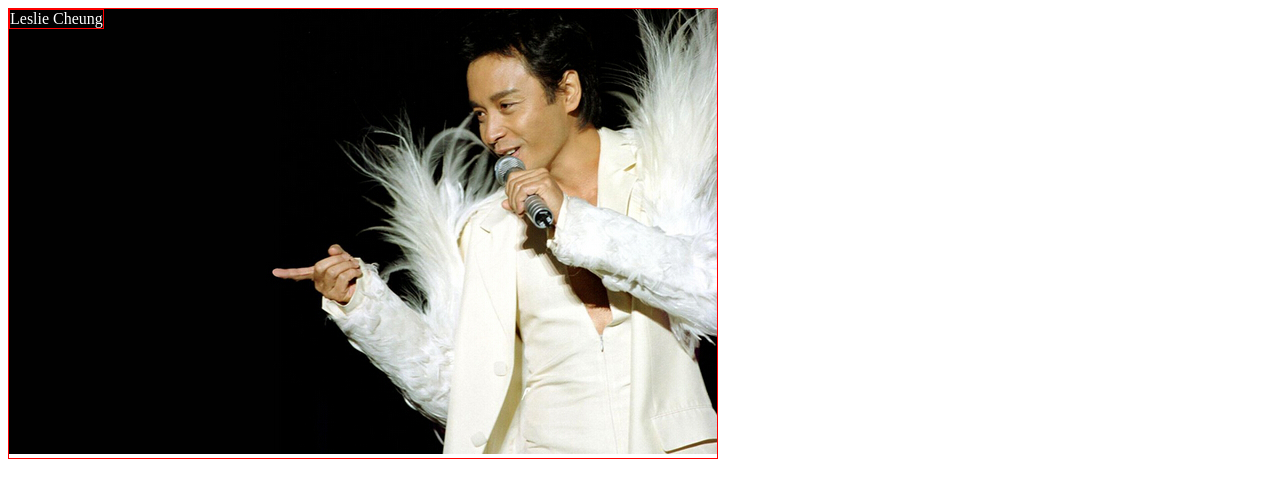
Repository: MasterKweng/workspace
Page: WebBasic/WebContent/Day02/新闻图片.html
These files come from the project's save history. The page is drawn as it stood at one moment and after the next save; the edit follows.
The browser window is 1280 px wide. The pictures show the whole page.

Above is the page before, as saved 2018-01-05 08:08:53.

After the next save:
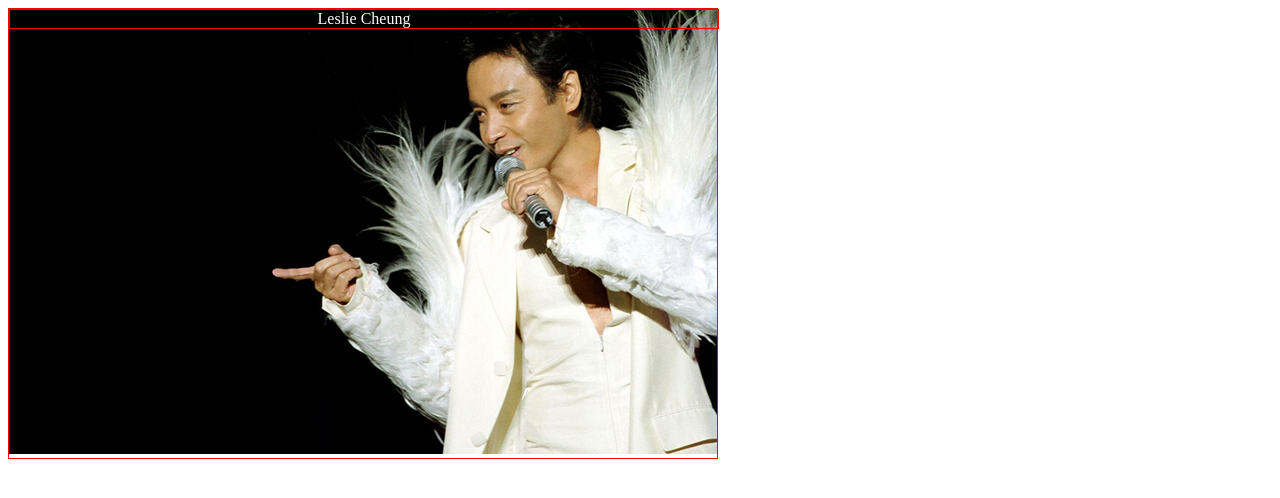
Saved 61 s later.
--- a/WebBasic/WebContent/Day02/新闻图片.html
+++ b/WebBasic/WebContent/Day02/新闻图片.html
@@ -16,6 +16,7 @@
 				left:0px;
 				color:white;
 				margin:0;
+				width:100%;
 				text-align:center;
 			}
 		</style>

After the save that followed:
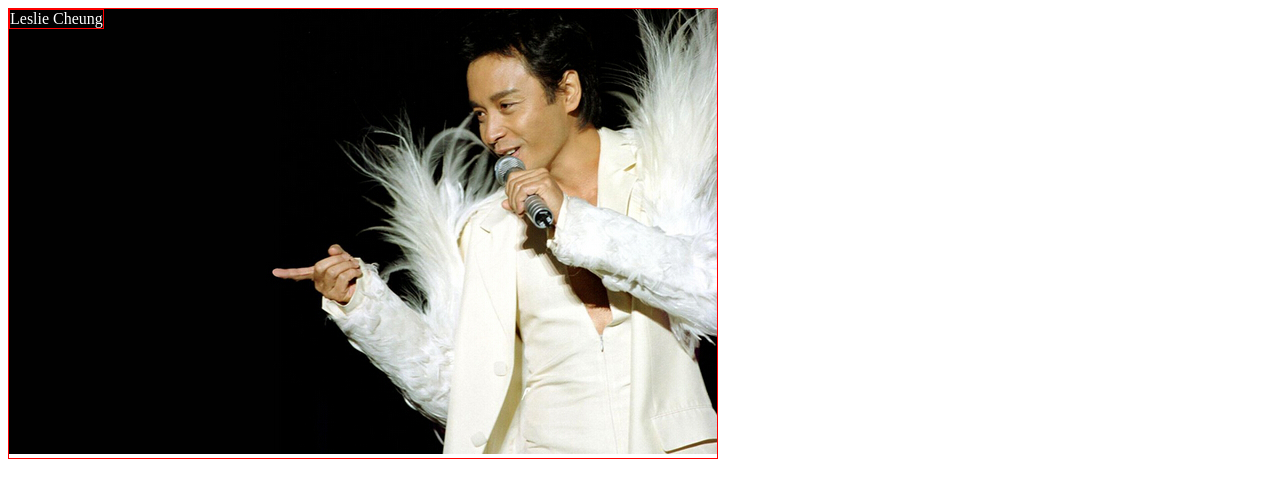
Saved 18 s later.
--- a/WebBasic/WebContent/Day02/新闻图片.html
+++ b/WebBasic/WebContent/Day02/新闻图片.html
@@ -16,7 +16,7 @@
 				left:0px;
 				color:white;
 				margin:0;
-				width:100%;
+
 				text-align:center;
 			}
 		</style>
